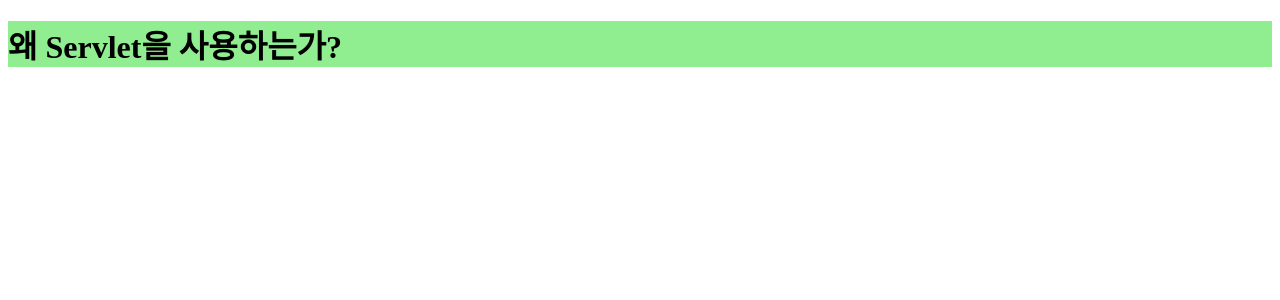
Repository: DistincTao/JSP
Page: http://localhost/JSPBasic/whyUseServlet.jsp
An editor plug-in stored every save of this project. The page is shown before and after the next save, followed by the edit.
The browser window is 1280 px wide. The pictures show the whole page.
The page is served by Tomcat 9. Nobody is signed in. The application's start-up code is not run. Other server files are loaded and not shown.

Above is the page before, as saved 2023-12-11 02:20:30.

### JSPBasic/src/main/webapp/whyUseServlet.jsp
<%@ page language="java" contentType="text/html; charset=UTF-8"
    pageEncoding="UTF-8"%>
<!DOCTYPE html>
<html>
<head>
<meta charset="UTF-8">
<title>왜 Servlet을 사용하는가?</title>
<style>
	h1 {
	background-color: lightgreen;
	}
</style>
<script type="text/javascript">
	function hello () {
		alert("!");
	}
</script>
</head>
<body>
	<h1 onclick = hello();>왜 Servlet을 사용하는가?</h1>
	<!--  변수에 임의의 값을 저장한 후, 그 값이 홀수이면 파란색 글씨로 "홀수 입니다.
		그 값이 짝수이면 빨간 글씨로 "짝수입니다." 라고 출력해보자 -->
		<%
		int num = 3;
		if (num % 2  == 0) {

		}
		%>
</body>
</html>

After the next save:
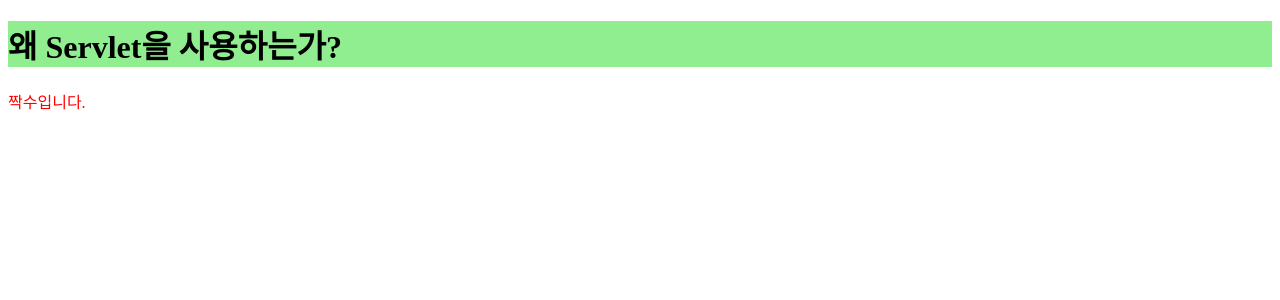
Saved 2 min 0 s later.
--- a/JSPBasic/src/main/webapp/whyUseServlet.jsp
+++ b/JSPBasic/src/main/webapp/whyUseServlet.jsp
@@ -1,30 +1,39 @@
 <%@ page language="java" contentType="text/html; charset=UTF-8"
-    pageEncoding="UTF-8"%>
+	pageEncoding="UTF-8"%>
 <!DOCTYPE html>
 <html>
 <head>
 <meta charset="UTF-8">
 <title>왜 Servlet을 사용하는가?</title>
 <style>
-	h1 {
+h1 {
 	background-color: lightgreen;
-	}
+}
 </style>
 <script type="text/javascript">
-	function hello () {
+	function hello() {
 		alert("!");
 	}
 </script>
 </head>
 <body>
-	<h1 onclick = hello();>왜 Servlet을 사용하는가?</h1>
+	<h1 onclick="hello();">왜 Servlet을 사용하는가?</h1>
 	<!--  변수에 임의의 값을 저장한 후, 그 값이 홀수이면 파란색 글씨로 "홀수 입니다.
 		그 값이 짝수이면 빨간 글씨로 "짝수입니다." 라고 출력해보자 -->
-		<%
+	<%
 		int num = 3;
-		if (num % 2  == 0) {
+	if (num % 2 == 0) { // 짝수이면
+	%>
+		<div style="color: red;">짝수입니다.</div>
 
-		}
-		%>
+	<%
+	} else {
+	%>
+		<div style="color: red;">짝수입니다.</div>
+
+
+	<%
+	}
+	%>
 </body>
 </html>
